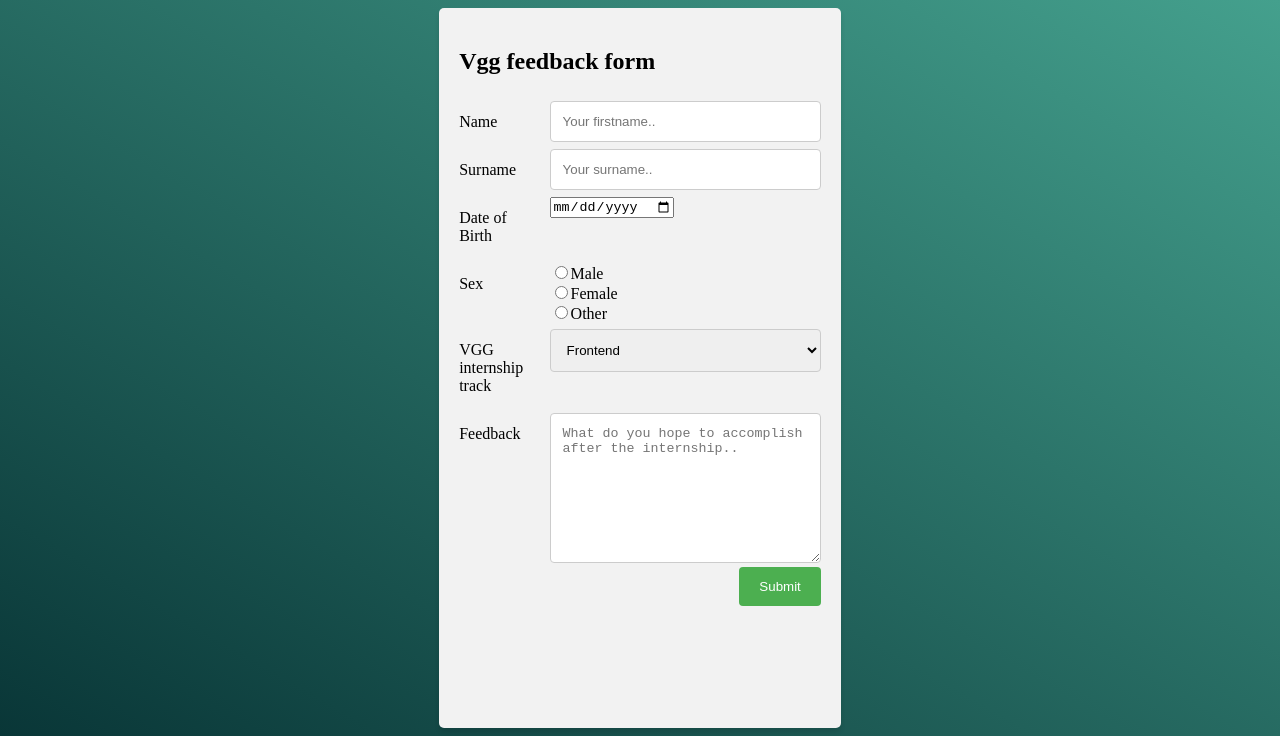
Repository: iphyokafor/VGG-Feedback-form
Page: index2.html
The author's editor kept a copy of each file at every save. The page is drawn from the files as they stood at one save, then again after the next save.
The browser window is 1280 px wide. The pictures show the whole page.

Above is the page before, as saved 2020-01-13 00:52:19.

After the next save:
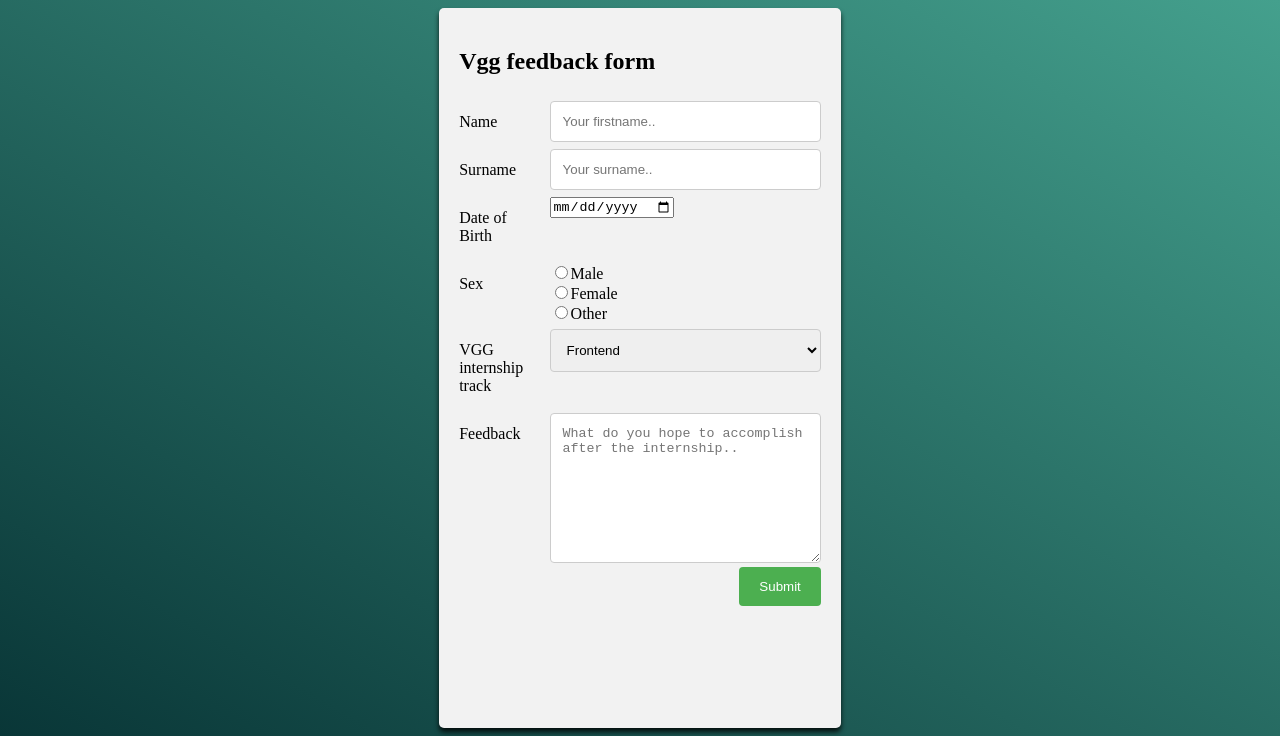
Saved 17 s later.
--- a/main.css
+++ b/main.css
@@ -53,7 +53,7 @@ label {
     border-radius: 5px;
     background-color: #f2f2f2;
     padding: 20px;
-    box-shadow: 0 4px 5px rgba(0, 0, 0, 0.1);
+    box-shadow: 0 4px 5px rgba(0, 0, 0, 0.8);
     transition: border 0.15s linear 0s, linear 0s, color 0.15s linear 0s;
 }
 
